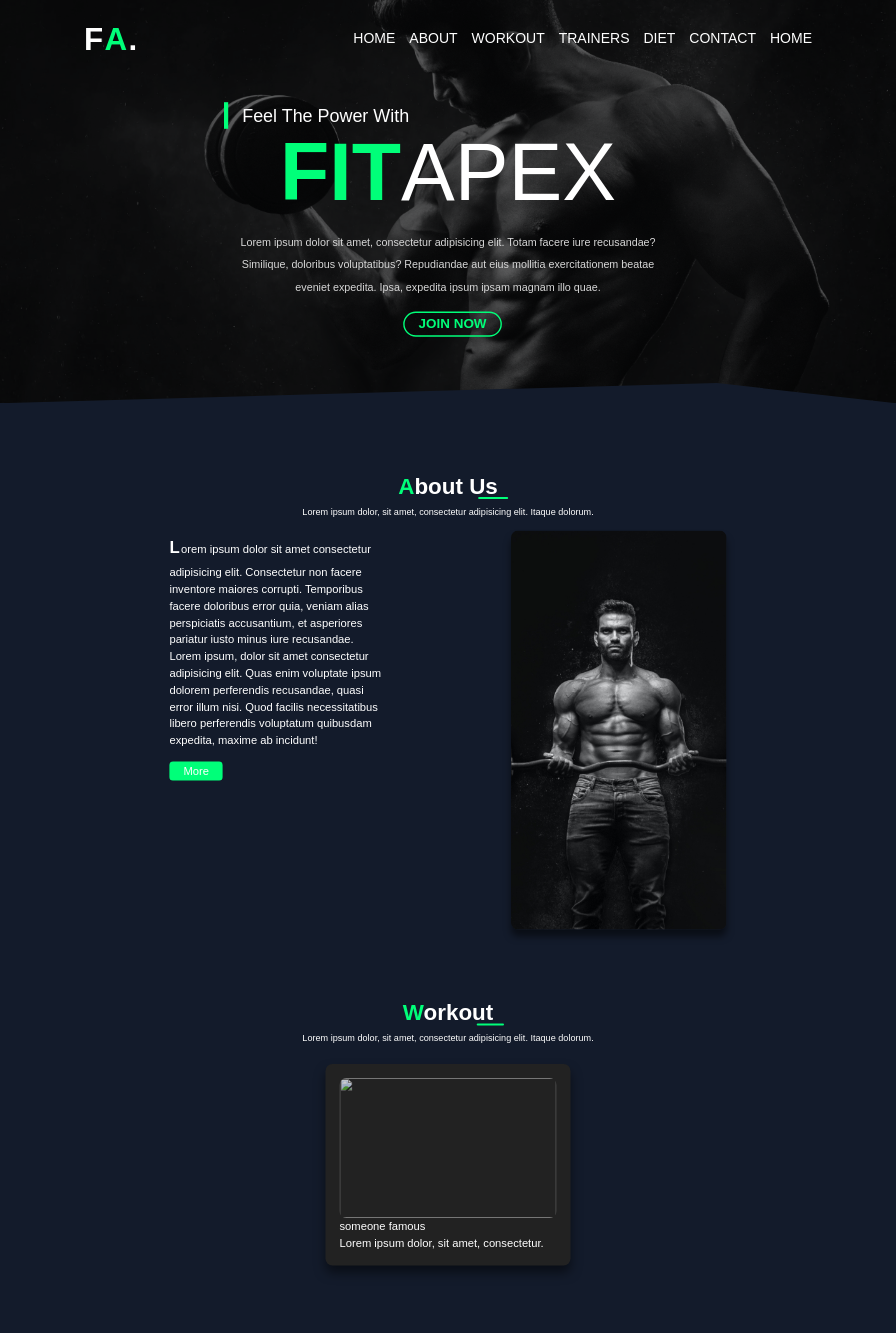
Repository: guilhermecardoso93/fitapex
Page: index.html
The author's editor kept a copy of each file at every save. The page is drawn from the files as they stood at one save, then again after the next save.
The browser window is 1280 px wide. The pictures show the whole page, at 70% of full size.

Above is the page before, as saved 2023-03-07 20:29:39.

### index.html
<!DOCTYPE html>
<html lang="pr-BR">
  <head>
    <meta charset="UTF-8" />
    <meta http-equiv="X-UA-Compatible" content="IE=edge" />
    <meta name="viewport" content="width=device-width, initial-scale=1.0" />
    <link rel="stylesheet" href="styles.css" />
    <link
      rel="stylesheet"
      href="https://cdnjs.cloudflare.com/ajax/libs/font-awesome/4.7.0/css/font-awesome.css"
    />
    <title>F.A GYM</title>
  </head>
  <body>
    <div class="navbar">
      <a href="#" class="logo">F<b>A</b>.</a>
      <ol>
        <li>
          <a href="#home">home</a>
        </li>
        <li>
          <a href="#about">about</a>
        </li>
        <li>
          <a href="#workout">workout</a>
        </li>
        <li>
          <a href="#trainers">trainers</a>
        </li>
        <li>
          <a href="#diet">diet</a>
        </li>
        <li>
          <a href="#contact">contact</a>
        </li>
        <li>
          <a href="#home">home</a>
        </li>
      </ol>
    </div>

    <section id="home" class="home view">
      <div class="highlights">
        <h3>feel the power with</h3>
        <h1><b>FIT</b>APEX</h1><br>
        <p class="tagline">
          Lorem ipsum dolor sit amet, consectetur adipisicing elit. Totam facere iure recusandae? Similique, doloribus voluptatibus? Repudiandae aut eius mollitia exercitationem beatae eveniet expedita. Ipsa, expedita ipsum ipsam magnam illo quae.
        </p>
        <button class="join">join now</button>
      </div>
      <div class="banner"/>
    </section>

    <section id="about" class="about view">
      <div class="main">
        <h2><span>A</span>bout Us</h2>
        <h6>Lorem ipsum dolor, sit amet, consectetur adipisicing elit. Itaque dolorum.</h6>
      </div>
      <div class="content">
        <div class="cols">
          <p><b>L</b>orem ipsum dolor sit amet consectetur adipisicing elit. Consectetur non facere inventore maiores corrupti. Temporibus facere doloribus error quia, veniam alias perspiciatis accusantium, et asperiores pariatur iusto minus iure recusandae. Lorem ipsum, dolor sit amet consectetur adipisicing elit. Quas enim voluptate ipsum dolorem perferendis recusandae, quasi error illum nisi. Quod facilis necessitatibus libero perferendis voluptatum quibusdam expedita, maxime ab incidunt! </p>
          <a href="#">more</a>
        </div>
        <div class="cols">
          <div class="box">
            <img src="./assets/about.jpg" alt="">
          </div>
        </div>
      </div>
    </section>

    <section id="workout" class="workout view">
      <div class="main">
        <h2><span>W</span>orkout</h2>
        <h6>Lorem ipsum dolor, sit amet, consectetur adipisicing elit. Itaque dolorum.</h6>
      </div>
      <div class="content">
        <div class="frame">
          <div class="box">
            <img src="" alt="" >
          </div>
          <div class="title">someone famous</div>
          <p>Lorem ipsum dolor, sit amet, consectetur.</p>
        </div>
      </div>
    </section>
  </body>
</html>

### styles.css
@import url("https://fonts.googleapis.com/css2?family=Poppins:wght@400;500&display=swap");

@import "./css/_navbar.css";
@import "./css/_home.css";
@import "./css/_about.css";
@import "./css/_workout.css";

* {
  margin: 0;
  padding: 0;
  box-sizing: border-box;
  font-family: "Poppisns", sans-serif;
  outline: none;
  color: #fff;

}

:root {
  --prime: #00ff79;
}

body {
  background-color: #131b2b;
}


.view {
  width: 100%;
  min-height: 80vh;
  position: relative;
}

### css/_navbar.css

.navbar {
  width: 100%;
  display: flex;
  position: fixed;
  padding: 30px 120px;
  background-color: transparent;
  justify-content: space-between;
  z-index: 1111;
  transition: 0.5s ease;
}

.logo {
  font-size: 2.8em;
  font-weight: 800;
  letter-spacing: 2px;
  text-transform: uppercase;
  text-decoration: none;
}

.logo B{
  color: var(--prime);
}

ol {
  display: flex;
  margin: auto 0;
}

ol li {
  list-style: none;
  margin-left: 20px;
}

ol li a {
  font-size: 20px;
  font-weight:500;
  text-transform: uppercase;
  text-decoration: none;
}

ol li:hover a {
  color: var(--prime);
}

### css/_home.css
.home {
  display: flex;
  min-height: 120vh;
  align-items: center;
  justify-content: center;
  clip-path: polygon(0 0, 100% 0, 100% 100%, 80% 95%, 0 100%);
}

.banner {
  height: 100%;
  width: 100%;
  position: absolute;
  background: url("../assets/banner.jpg");
  background-size: cover;
  background-position: center;
  filter: brightness(40%);
}

.highlights {
  width: 50%;
  position: relative;
  display: inline-block;
  justify-content: center;
  z-index: 11;
}

.highlights h3 {
  display: inline;
  font-size: 2vw;
  padding: 5px 20px;
  font-weight: lighter;
  text-transform: capitalize;
  border-left: 6px solid var(--prime);
}

.highlights h1 {
  font-size: 9vw;
  text-align: center;
  font-weight: normal;
}

.highlights b {
  color: var(--prime);
  font-weight: 800;
  font-family: sans-serif;
}

.highlights .tagline {
  color: #d7d7d7;
  font-size: 1.2vw;
  text-align: center;
  font-weight: normal;
  line-height: 32px;
}

.highlights .join {
  position: absolute;
  left: 40%;
  margin-top: 1.2rem;
  padding: 5px 20px;

  transform: tanslateX(-500%);
  font-weight: 800;
  font-size: 1.5vw;
  text-transform: uppercase;

  color: var(--prime);
  border: 2px solid var(--prime);
  border-radius: 50px;
  background: transparent;

  transition: 0.3s ease;
}

.highlights .join:hover {
  color: #fff;
  cursor: pointer;
  letter-spacing: 1.5px;
  background: var(--prime);
}

### css/_about.css
.main {
  width: 100%;
  text-align: center;
  padding-bottom: 20px;
  -webkit-font-smoothing: antialiased;
  -moz-osx-font-smoothing: grayscale;

}

.main h2 {
  font-size: 2.5vw;
  position: relative;
  text-align: center;
  padding-top: 100px;
  display: inline-block;
}

span {
  color: var(--prime);
}

.main h2:before {
  position: absolute;
  content: "";
  background: var(--prime);
  height: 3px;
  width: 30%;
  right: -15px;
  bottom: 0;
  border-radius: 50px;
}

.main h6 {
  margin-top: 10px;
  font-size: 13px;
  font-family: sans-serif;
  font-weight: lighter;
}

.content {
  position: relative;
  display: flex;
  width: 100%;
  padding: 0 30px;
  justify-content: center;
  line-height: 1.5em;
}

.about .content .cols {
  position: relative;
  width: 100%;
  max-width: 40%;
  height: 100%;
  padding: 0px 90px;
}

.about .content .cols p b {
  font-size: 24px;
  margin-right: 2px;
  line-height: 2;
}

.about .content .cols a {
  position: relative;
  top: 20px;
  color: #fff;
  background-color: var(--prime);
  padding: 5px 20px;
  border-radius: 5px;
  text-decoration: none;
  text-weight: 500;
  text-transform: capitalize;
}

.about .content .cols a:hover {
  color: #000;
  background: #fff;
}

.about .content .cols .box {
  position: relative;
  height: 570px;
  box-shadow: 0 10px 10px rgba(0, 0, 0, 0.5);
  border-radius: 10px;
}

.about .content .cols .box img {
  position: absolute;
  top: 0;
  left: 0;
  height: 100%;
  width: 100%;
  object-fit: cover;
  border-radius: 10px;
}

### css/_workout.css
.workout .content {
  flex-wrap: wrap;
}

.workout .content .frame {
  position: relative;
  width: 350px;
  padding: 20px;
  margin: 10px;
  background: #222;
  box-shadow: 0 10px 15px rgba(0,0,0,0.5);
  border-radius: 10px;

}

.workout .content .frame .box {
  position: relative;
  height: 200px;
  width: 100%;
  overflow: hidden;
  border-radius: 10px;
}

.workout .content .frame .box img {
  position: absolute;
  height: 100%;
  width: 100%;
  object-fit: cover;
  filter: brightness(80%);
  transition: 0.2s ease-in ;
}

.workout .content .frame .box:hover img {
  filter: brightness(100%);
  transform: scale(1.08) ;
}

After the next save:
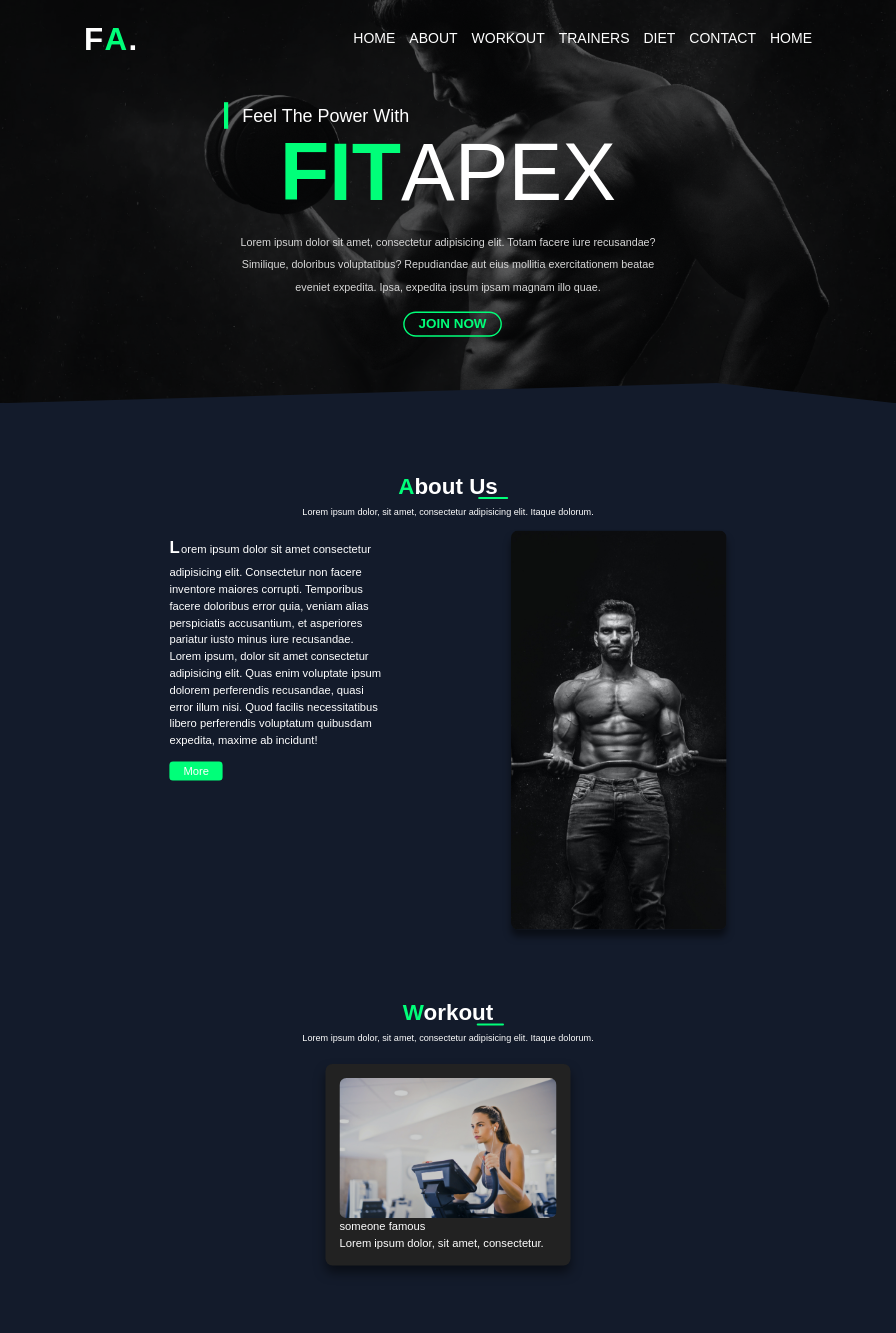
Saved 22 s later.
--- a/index.html
+++ b/index.html
@@ -77,7 +77,7 @@
       <div class="content">
         <div class="frame">
           <div class="box">
-            <img src="" alt="" >
+            <img src="./assets/workout1.jpg" alt="" >
           </div>
           <div class="title">someone famous</div>
           <p>Lorem ipsum dolor, sit amet, consectetur.</p>
